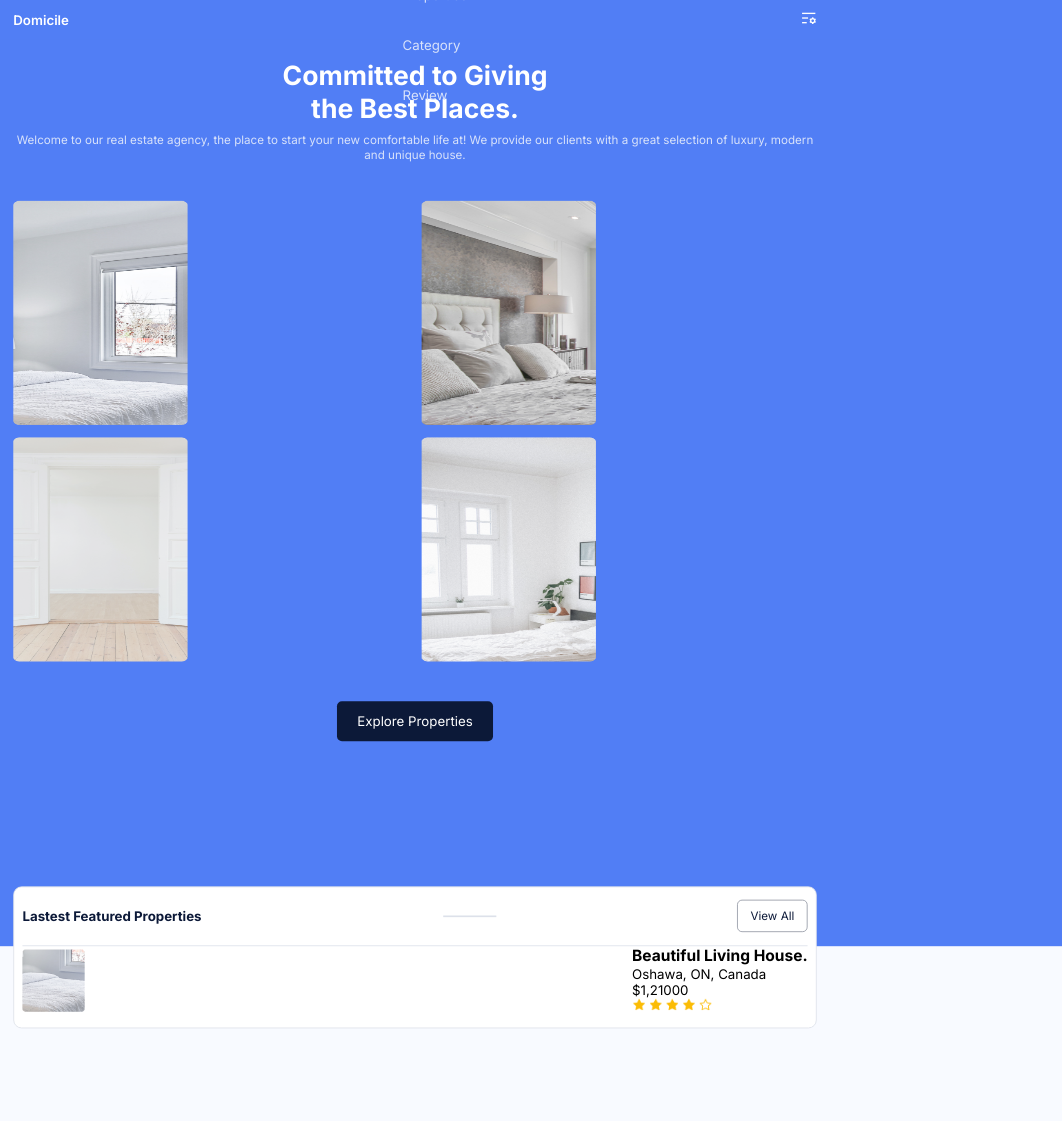
Repository: haokiet2501/domicile-real-estate
Page: index.html
The author's editor kept a copy of each file at every save. The page is drawn from the files as they stood at one save, then again after the next save.
The browser window is 1280 px wide. The pictures show the whole page, at 83% of full size.
The style sheet was rebuilt from its Sass, Less or Tailwind sources for each picture, by a compiler version that may differ from the author's.

Above is the page before, as saved 2022-06-11 16:10:13.

### index.html
<!DOCTYPE html>
<html lang="en">
<head>
    <meta charset="UTF-8">
    <meta http-equiv="X-UA-Compatible" content="IE=edge">
    <meta name="viewport" content="width=device-width, initial-scale=1.0">
    <link href="https://cdn.jsdelivr.net/npm/remixicon@2.5.0/fonts/remixicon.css" rel="stylesheet">
    <link rel="stylesheet" href="sass/css/styles.css">
    <title>Real Estate Website - Domicile</title>
</head>
<body>
    <header class="header" id="header">
        <nav class="nav container">
            <a href="#" class="nav__logo">Domicile</a>

            <div class="nav__menu" id="nav-menu">
                <ul class="nav__list">
                    <li class="nav__item">
                        <a href="#" class="nav__link active-link">Home</a>
                    </li>
                    <li class="nav__item">
                        <a href="#" class="nav__link">Properties</a>
                    </li>
                    <li class="nav__item">
                        <a href="#" class="nav__link">Category</a>
                    </li>
                    <li class="nav__item">
                        <a href="#" class="nav__link">Review</a>
                    </li>
                </ul>

                <i class="ri-close-line nav__close" id="nav-close"></i>
            </div>

            <div class="nav__toggle" id="nav-toggle">
                <i class="ri-list-settings-line"></i>
            </div>
        </nav>
    </header>

    <main class="main">
        <section class="home section" id="home">
            <div class="home__container container grid">
                <div class="home__data">
                    <h1 class="home__data-subtitle">
                        Committed to Giving<br>the Best Places.
                    </h1>
                    <p class="home__data-title">
                        Welcome to our real estate agency, the place to start your new comfortable life at! We provide our clients with a great selection of luxury, modern and unique house.
                    </p>
                </div>

                <div class="home__images">
                    <img src="imgs/hero-one.png" alt="">
                    <img src="imgs/hero-two.png" alt="">
                    <img src="imgs/hero-three.png" alt="">
                    <img src="imgs/hero-four.png" alt="">
                </div>

                <div class="home__button">
                    <a href="#" class="button">Explore Properties</a>
                </div>
            </div>
        </section>

        <section class="futured" id="futured">
            <div class="futured__container container">
                <div class="futured__properties">
                    <div class="futured__properties-content">
                        Lastest Featured Properties
                    </div>
                    <div class="futured__properties-line"></div>
                    <div class="futured__properties-button">View All</div>
                </div>

                <div class="futured__card">
                    <img class="futured__card-img" src="imgs/future.png" alt="">
                    <div class="futured__card-layouts">
                        <div class="futured__card-text">
                            <h3>Beautiful Living House.</h3>
                            <p>Oshawa, ON, Canada</p>
                        </div>
                        <div class="futured__card-price">
                            <p>$1,21000</p>
                            <img src="imgs/rating.png" alt="">
                        </div>
                        <div class="futured__card-future-btn">

                        </div>
                    </div>
                </div>
            </div>
        </section>
    </main>
    <script src="app.js"></script>
</body>
</html>

### app.js
// Show Menu
const navMenu = document.getElementById('nav-menu'),
    navToggle = document.getElementById('nav-toggle'),
    navClose = document.getElementById('nav-close');

if (navToggle) {
    navToggle.addEventListener('click', () => {
        navMenu.classList.add('show-menu');
    });
}

if(navClose) {
    navClose.addEventListener('click', () => {
        navMenu.classList.remove('show-menu');
    })
}

### sass/styles.scss
@import './base/base';
@import './main/main';

### sass/base/_base.scss
@import url('https://fonts.googleapis.com/css2?family=Inter:wght@400;500;600;700;800;900&display=swap');

* {
    margin: 0;
    padding: 0;
    box-sizing: border-box;
}

html {
    scroll-behavior: smooth;
}

body {
    font-family: 'Inter', sans-serif;
    font-style: normal;
    background: var(--color-main);
}

ul {
    list-style: none;
}

a {
    text-decoration: none;
}

img {
    max-width: 100%;
    height: auto;
}

button, input {
    border: none;
    outline: none;
}

:root {
    --header-height: 3rem;

    --color-main: #F8FAFF;
    --color-bg-header: #517EF5;
    --white-color: #FFFFFF;
    --color-nav: #D8E2FA;
    --color-footer: #0E1935;
    --color-btn: #0C1938;

    --biggest-font-size: 2.5rem;
    --medium-font-size: 2rem;
    --h1-font-size: 1.5rem;
    --h2-font-size: 1.25rem;
    --h3-font-size: 1rem;
    --normal-font-size: 0.938rem;
    --small-font-size: 0.813rem;
    --smaller-font-size: 0.75rem;

    --font-smaller: 400;
    --font-medium: 500;
    --font-semi-bold: 600;
    --font-semi-big: 700;

     /* Margin Bottom */
    --mb-0-25: 0.25rem;
    --mb-0-5: 0.5rem;
    --mb-0-75: 0.75rem;
    --mb-1: 1rem;
    --mb-1-25: 1.25rem;
    --mb-1-5: 1.5rem;
    --mb-2: 2rem;
    --mb-2-5: 2.5rem;

    --scale-hover: scale(.98);
}

@media screen and (min-width: 968px) {
    :root {
        --biggest-font-size: 4rem;
        --h1-font-size: 2.25rem;
        --h2-font-size: 1.75rem;
        --h3-font-size: 1.25rem;
        --normal-font-size: 1rem;
        --small-font-size: 0.875rem;
        --smaller-font-size: 0.813rem;
    }
}

### sass/main/_main.scss
.header {
    width: 100%;
    position: fixed;
    top: 0;
    left: 0;
    z-index: 100;
    background-color: var(--color-bg-header);
}

.main {
    overflow-x: hidden;
}

.container {
    max-width: 968px;
    margin-left: var(--mb-1);
    margin-right: var(--mb-1);
}

.grid {
    display: grid;
    gap: 1.5rem;
}

.section {
    padding: 4.5rem 0 2.5rem;
}

// NAV
.nav {
    display: flex;
    justify-content: space-between;
    align-items: center;
    height: var(--header-height);

    &__logo,
    &__toggle{
        color: var(--white-color);
    }

    &__logo {
        font-weight: var(--font-semi-bold);
    }

    &__toggle{
        font-size: 1.2rem;
        cursor: pointer;
    }

    &__menu {
        position: relative;

        @media screen and (max-width: 767px){
            position: fixed;
            background-color: var(--color-footer);
            top: 0;
            right: -100%;
            width: 70%;
            height: 100%;
            box-shadow: -1px 0 4px rgba(0, 0, 0, .15);
            padding: 3rem;
            transition: .4s;
        }
    }

    &__list {
        display: flex;
        flex-direction: column;
        row-gap: 2.5rem;
    }

    &__link {
        font-weight: var(--font-smaller);
        color: var(--color-nav);

        &:hover {
            color: var(--white-color);
            transform: var(--scale-hover);
        }
    }

    &__close {
        position: absolute;
        top: .75rem;
        right: 1rem;
        font-size: 1.5rem;
        color: var(--white-color);
        cursor: pointer;
    }
}

// Show menu
.show-menu {
    right: 0;
}

.home {
    background-color: var(--color-bg-header);
    height: calc(165vh - var(--header-height));
    &__container {
        row-gap: 3rem;
    }

    &__data {
        text-align: center;

        &-subtitle {
            color: var(--white-color);
            font-size: var(--medium-font-size);
            font-weight: var(--font-semi-big);
            margin-bottom: 10px;
        }
        &-title {
            color: var(--color-nav);
            font-weight: var(--font-smaller);
            font-size: var(--small-font-size);
        }
    }

    &__images {
        display: grid;
        gap: 15px;
        grid-template-columns: repeat(2, 1fr);

        img {
            width: 210px;
            height: 270px;
            transition: .3s ease-out;

            &:hover {
                transform: var(--scale-hover);
                transition: .3s ease-out;
            }
        }
    }

    &__button {
        display: flex;
        justify-content: center;
        align-items: center;

        .button {
            padding: 14px 24px;
            background-color: var(--color-btn);
            color: var(--white-color);
            border-radius: 6px;
            font-size: var(--normal-font-size);
            transition: .3s ease-out;

            &:hover {
                transform: var(--scale-hover);
                transition: .3s ease-out;
            }
        }
    }
}

.futured {
    position: relative;
    transform: translateY(-4.5rem);
    padding-bottom: 2.5rem;

    &__container {
        background-color: var(--white-color);
        border: 1px solid #DDE1EA;
        border-radius: 10px;
        padding: 15px 10px;
    }

    &__properties {
        display: flex;
        justify-content: space-between;
        align-items: center;
        border-bottom: 1px solid #DDE1EA;
        padding-bottom: 1rem;

        &-content {
            font-weight: var(--font-semi-big);
            color: var(--color-btn);

        }

        &-line {
            width: calc(var(--header-height) + 1rem);
            height: 1px;
            border: 1px solid #DDE1EA;
        }

        &-button {
            border: 1px solid #9398A4;
            padding: 10px 15px;
            border-radius: 6px;
            color: var(--color-btn);
            font-weight: var(--font-smaller);
            font-size: var(--small-font-size);
            transition: .3s ease-out;

            &:hover {
                transform: var(--scale-hover);
                transition: .3s ease-out;
            }
        }
    }

    &__card {
        display: flex;
        justify-content: space-between;
        align-items: center;

        &-img {
            width: 75px;
            height: 75px;
        }
    }
}

After the next save:
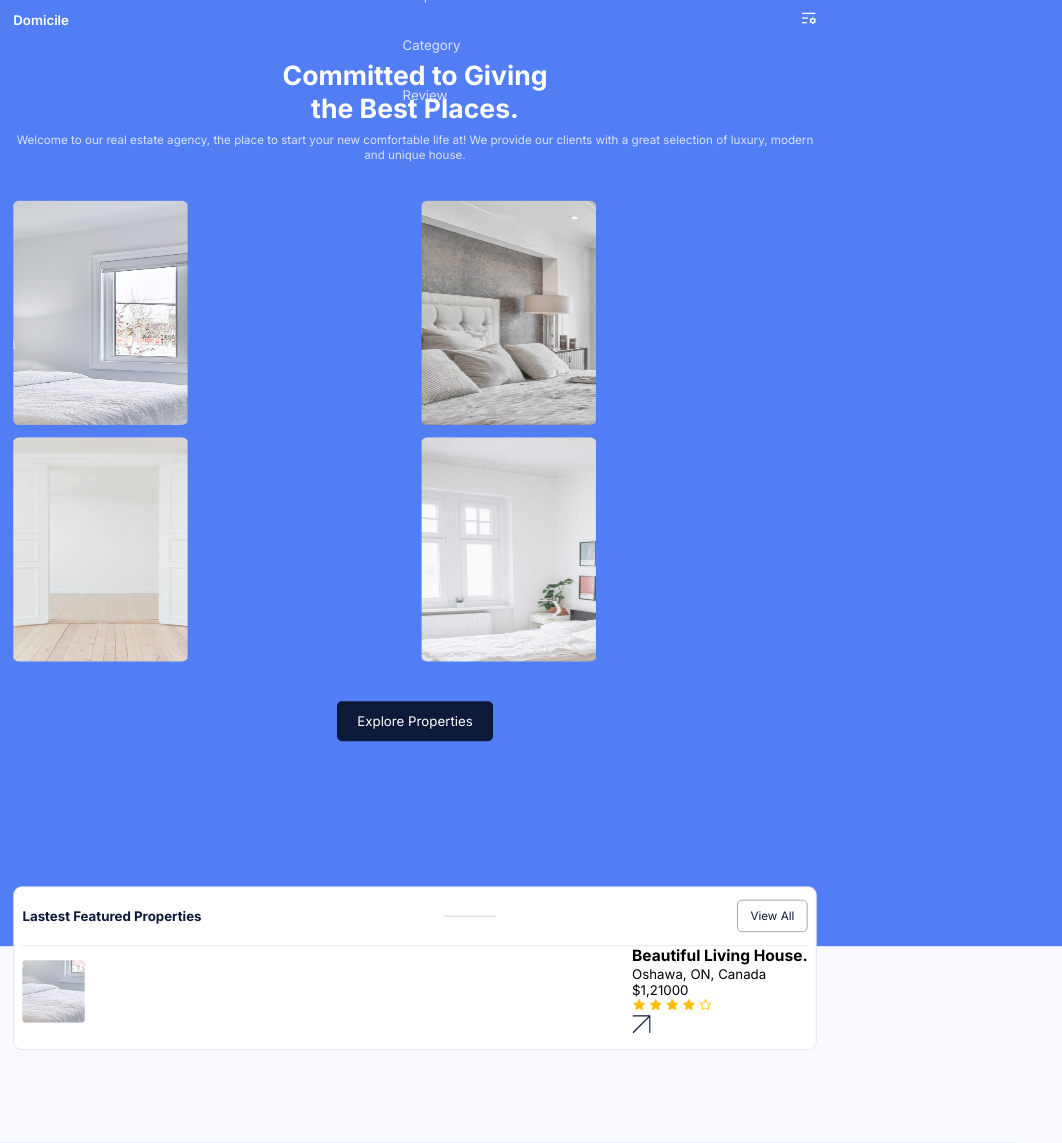
Saved 7 s later.
--- a/index.html
+++ b/index.html
@@ -85,7 +85,9 @@
                             <img src="imgs/rating.png" alt="">
                         </div>
                         <div class="futured__card-future-btn">
-
+                            <svg width="22" height="22" viewBox="0 0 22 22" fill="none" xmlns="http://www.w3.org/2000/svg">
+                                <path d="M1 21L21 1M21 1H1M21 1V21" stroke="#0C1938" stroke-width="1.5" stroke-linecap="round" stroke-linejoin="round"/>
+                                </svg>
                         </div>
                     </div>
                 </div>

After the 2 saves that followed:
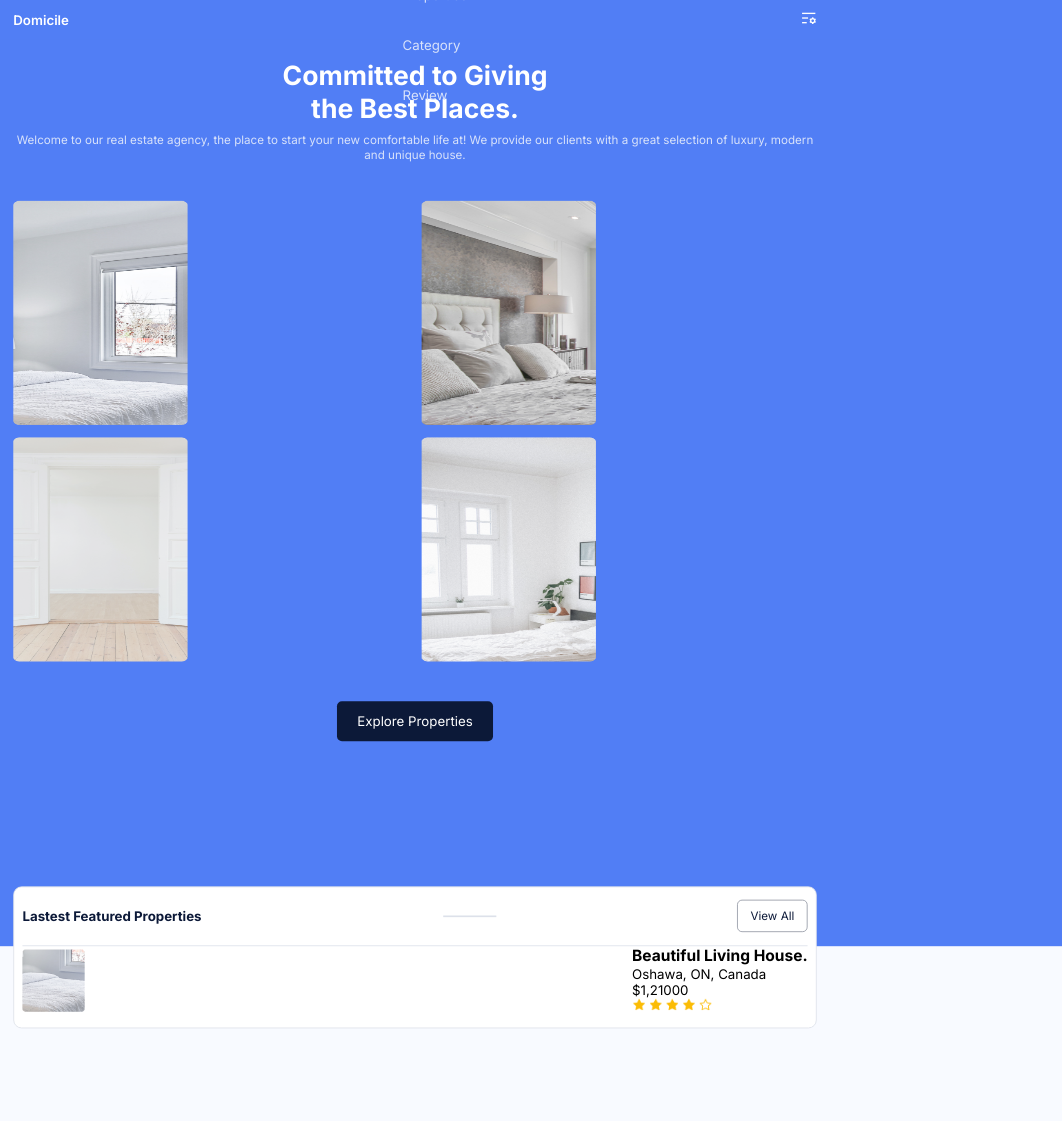
The 2 saves are shown as one change because 1 left the picture as it was.
The last was saved 42 s later.
--- a/index.html
+++ b/index.html
@@ -84,11 +84,6 @@
                             <p>$1,21000</p>
                             <img src="imgs/rating.png" alt="">
                         </div>
-                        <div class="futured__card-future-btn">
-                            <svg width="22" height="22" viewBox="0 0 22 22" fill="none" xmlns="http://www.w3.org/2000/svg">
-                                <path d="M1 21L21 1M21 1H1M21 1V21" stroke="#0C1938" stroke-width="1.5" stroke-linecap="round" stroke-linejoin="round"/>
-                                </svg>
-                        </div>
                     </div>
                 </div>
             </div>
